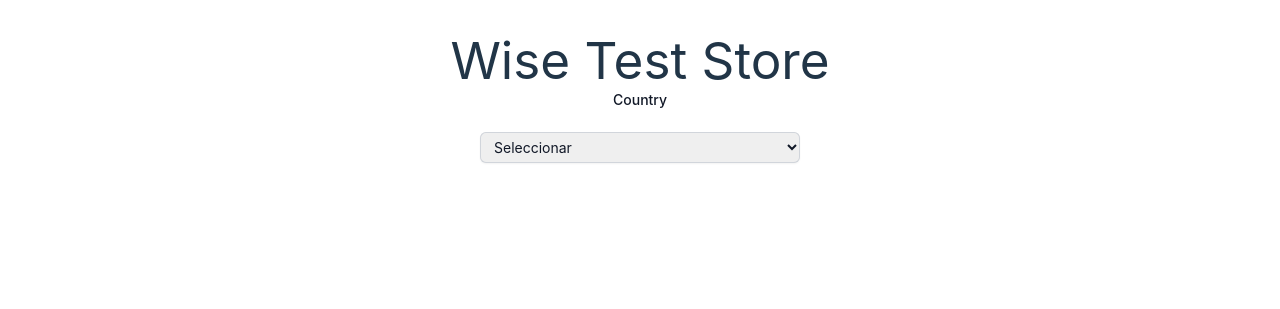
Repository: marianozamora/reactredux-wise
Page: /
An editor plug-in stored every save of this project. The page is shown before and after the next save, followed by the edit.
The browser window is 1280 px wide. The pictures show the whole page.
The page's requests for data from a server got no answer. The project was rebuilt for these pictures with package versions that can differ from the ones it lists, and the page was loaded fresh each time. No one was signed in, and anything a server would have sent is missing. Also part of the build but not shown: vite.config.ts.

Above is the page before, as saved 2023-04-08 02:37:37.

### src/App.tsx
import React from "react";
import "./App.css";
import { useEffect } from "react";
import shallow from "zustand/shallow";
import { useCounterStore } from "./store/counterStore";


function App() {
  const { title, products, filter } = useCounterStore(
    (state) => ({
      title: state.title,
      products: state.products,
      filter: state.options
    }),
    shallow
  );
  const {
    getProducts,
    getFilters,
    getFiltersByCategory
  } = useCounterStore();

  useEffect(() => {
    getProducts();
    getFilters();
  }, []);
  return (
    <div className="md:container md:mx-auto ">
      <h1>
        {title}
      </h1>
      <form>
        <div className="sm:col-span-3 align-middle text-center ">
            <label htmlFor="country" className="block text-sm font-medium leading-6 text-gray-900">Country</label>
            <div className="mt-2">
            <select
              onChange={(e) => {
                if (e.target.value) {
                  getFiltersByCategory(e.target.value);
                } else {
                  getProducts();
                }
              }
              }
              id="country" name="country"
              autoComplete="country-name" className="block w-full rounded-md border-0 py-1.5 text-gray-900 shadow-sm ring-1 ring-inset ring-gray-300 focus:ring-2 focus:ring-inset focus:ring-indigo-600 sm:max-w-xs sm:text-sm sm:leading-6 p-[10px] m-auto mb-8 mt-5">
              <option value="">Seleccionar</option>
              {
                filter.map((item,i) => (
                  <option key={i} value={item}>{item}</option>
                ))
              }

              </select>
            </div>
          </div>
      </form>

      <div className="flex justify-center flex-wrap flex-row  ">
      {
        products.map((product) => (

          <div key={product.id} className="max-w-sm bg-white border border-gray-200 rounded-lg shadow dark:bg-gray-800 dark:border-gray-700  m-2 w-full xl:w-[30%] lg:w-[48%]">
            <div
              className="bg-indigo-300 rounded-t-lg ">
              <img className="rounded-t-lg object-cover h-48 w-96 " src={product.image} alt="" />
            </div>
              <div className="p-3">
                  <a href="#">
                    <h5 className="mb-2 text-2xl font-bold tracking-tight text-gray-900 dark:text-white">{ product.title }</h5>
                  </a>
              {/* <p className="mb-3 font-normal text-gray-700 dark:text-gray-400">{product.description}</p> */}

                  <a href="#" className="inline-flex items-center px-3 py-2 text-sm font-medium text-center text-white bg-green-500 rounded-lg hover:bg-green-600 focus:ring-green-300 dark:bg-green-400 dark:hover:bg-green-500 ">
                      Read more
                  </a>
              </div>
          </div>

        ))
      }

      </div>
    </div>
  );
}

export default App;

### src/index.css
@tailwind base;
@tailwind components;
@tailwind utilities;


:root {
  font-family: Inter, system-ui, Avenir, Helvetica, Arial, sans-serif;
  line-height: 1.5;
  font-weight: 400;

  color-scheme: light dark;
  color: rgba(255, 255, 255, 0.87);
  background-color: #242424;

  font-synthesis: none;
  text-rendering: optimizeLegibility;
  -webkit-font-smoothing: antialiased;
  -moz-osx-font-smoothing: grayscale;
  -webkit-text-size-adjust: 100%;
}

/* a {
  font-weight: 500;
  color: #646cff;
  text-decoration: inherit;
}
a:hover {
  color: #535bf2;
} */

body {
  margin: 0;
  display: flex;
  place-items: center;
  /* min-width: 320px;
  min-height: 100vh; */
}

h1 {
  font-size: 3.2em;
  line-height: 1.1;
}

button {
  border-radius: 8px;
  border: 1px solid transparent;
  padding: 0.6em 1.2em;
  font-size: 1em;
  font-weight: 500;
  font-family: inherit;
  background-color: #1a1a1a;
  cursor: pointer;
  transition: border-color 0.25s;
}
/* button:hover {
  border-color: #646cff;
}
button:focus,
button:focus-visible {
  outline: 4px auto -webkit-focus-ring-color;
} */

@media (prefers-color-scheme: light) {
  :root {
    color: #213547;
    background-color: #ffffff;
  }
  a:hover {
    color: white;
  }
  button {
    background-color: #f9f9f9;
  }
}

### src/App.css

#root {
  max-width: 1280px;
  margin: 0 auto;
  padding: 2rem;
  text-align: center  ;
}

/* .logo {
  height: 6em;
  padding: 1.5em;
  will-change: filter;
  transition: filter 300ms;
} */
/* .logo:hover {
  filter: drop-shadow(0 0 2em #646cffaa);
}
.logo.react:hover {
  filter: drop-shadow(0 0 2em #61dafbaa);
} */

@keyframes logo-spin {
  from {
    transform: rotate(0deg);
  }
  to {
    transform: rotate(360deg);
  }
}

@media (prefers-reduced-motion: no-preference) {
  a:nth-of-type(2) .logo {
    animation: logo-spin infinite 20s linear;
  }
}

.card {
  padding: 2em;
}

.read-the-docs {
  color: #888;
}

### src/store/counterStore.ts
import {create} from "zustand";

export interface Product {
    id: number;
    title: string;
    body: string;
    price: number;
    category: string;
    description: string;
    image: string;
    rating: {
        rate: number;
        count: number;
    };
}

export interface Filter {
    category: string;
}

interface ProductsState {
    title: string;
    options: [];
    products: Product[];
    getProducts: () => Promise<void>;
    cleanStore: () => void;
    getFilters: () => Promise<void>;
    getFiltersByCategory: (categorie: any) => Promise<void>;
}

export const useCounterStore = create<ProductsState>((set, get) => ({
    title: "Wise Test Store",
    count: 10,
    products: [],
    options:[],
    getProducts: async () => {
        const products = await (
        await fetch("https://fakestoreapi.com/products")
        ).json();
        set((state) => ({ ...state, products }));
    },
    cleanStore: () => set({}, true),
    getFilters: async () => {
        const filters = await (
        await fetch("https://fakestoreapi.com/products/categories")
        ).json();
        set((state) => ({ ...state, options:filters }));
    },
    getFiltersByCategory: async (categorie) => {
        const data = await (
        await fetch(`https://fakestoreapi.com/products/category/${categorie}`)
        ).json();
        set((state) => ({ ...state, products:data }));
    }
}));

// const useBearStore = create<BearState>()(
//     devtools(
//       persist(
//         (set) => ({
//           bears: 0,
//           increase: (by) => set((state) => ({ bears: state.bears + by })),
//         }),
//         {
//           name: 'bear-storage',
//         }
//       )
//     )
//   )

Loaded but not shown: index.html (common file); src/main.tsx (common file); tailwind.config.js (common file)

After the next save:
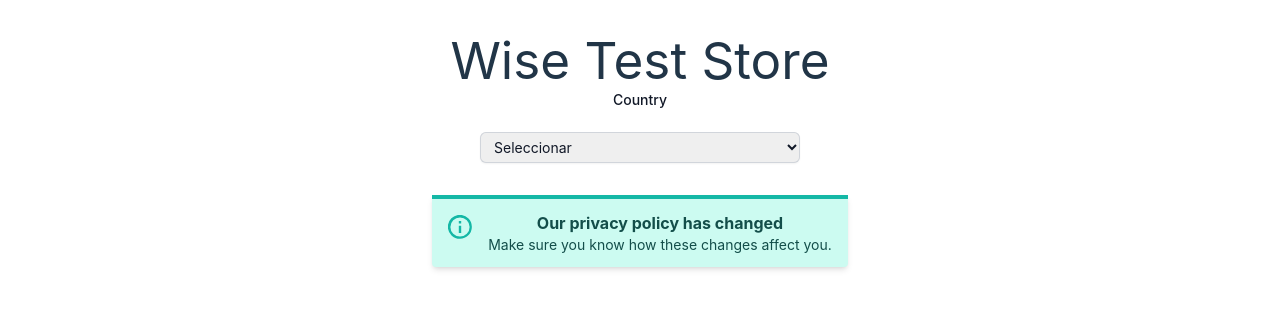
Saved 3 min 10 s later.
--- a/src/App.tsx
+++ b/src/App.tsx
@@ -81,6 +81,16 @@ function App() {
       }
 
       </div>
+
+      <div className="bg-teal-100 border-t-4 border-teal-500 rounded-b text-teal-900 px-4 py-3 shadow-md" role="alert">
+        <div className="flex">
+          <div className="py-1"><svg className="fill-current h-6 w-6 text-teal-500 mr-4" xmlns="http://www.w3.org/2000/svg" viewBox="0 0 20 20"><path d="M2.93 17.07A10 10 0 1 1 17.07 2.93 10 10 0 0 1 2.93 17.07zm12.73-1.41A8 8 0 1 0 4.34 4.34a8 8 0 0 0 11.32 11.32zM9 11V9h2v6H9v-4zm0-6h2v2H9V5z"/></svg></div>
+          <div>
+            <p className="font-bold">Our privacy policy has changed</p>
+            <p className="text-sm">Make sure you know how these changes affect you.</p>
+          </div>
+        </div>
+      </div>
     </div>
   );
 }
